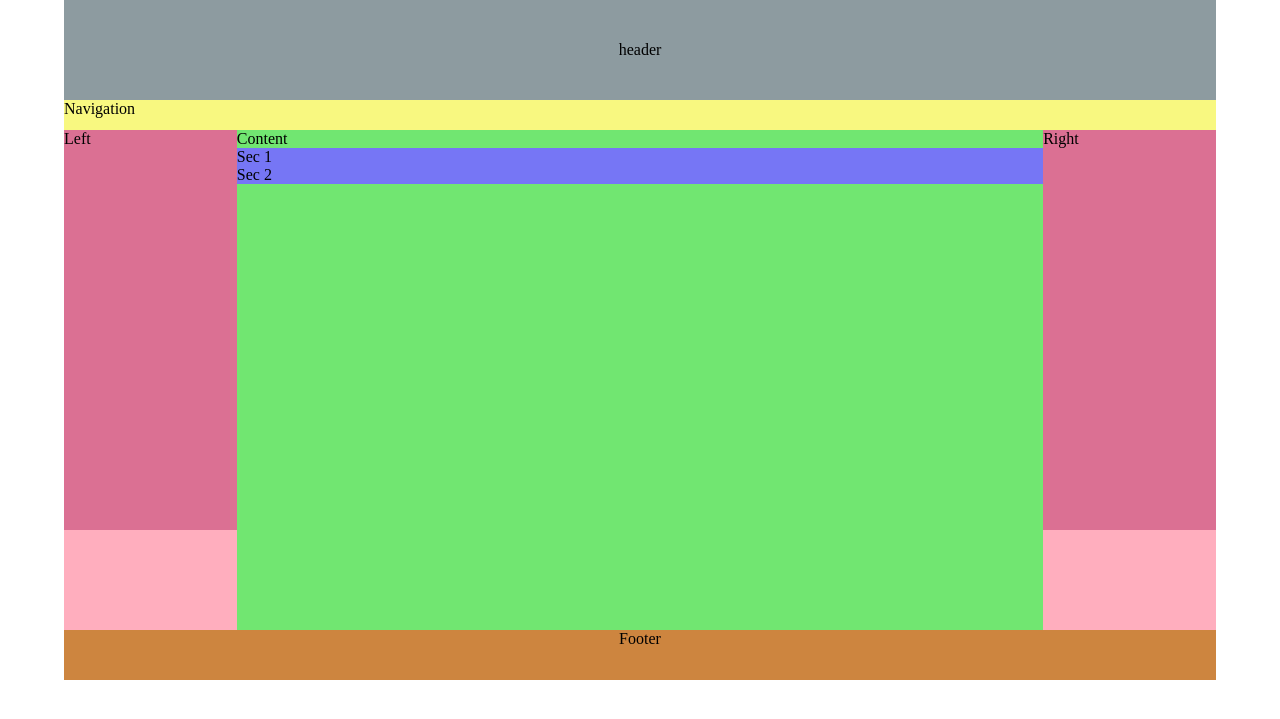
Repository: cvTuananh/Wed-famework
Page: Lab04/lab04/demo04.html
An editor plug-in stored every save of this project. The page is shown before and after a run of saves, followed by the edit.
The browser window is 1280 px wide. The pictures show the whole page.

Above is the page before, as saved 2021-09-28 18:59:36.

After the next 2 saves:
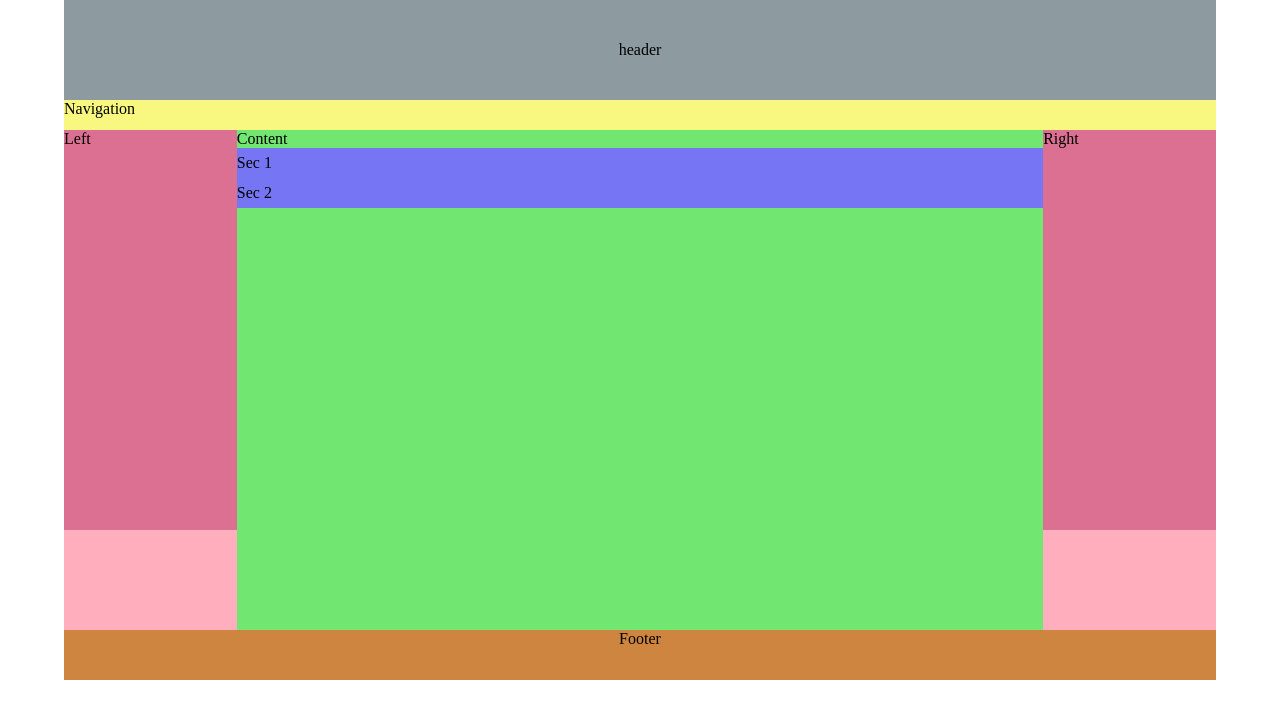
The 2 saves are shown as one change because they came seconds apart.
The last was saved 12 s later.
--- a/Lab04/lab04/demo04.css
+++ b/Lab04/lab04/demo04.css
@@ -41,4 +41,5 @@ footer{
 }
 section{
     background-color: rgb(118, 118, 245);
+    line-height: 30px;
 }
